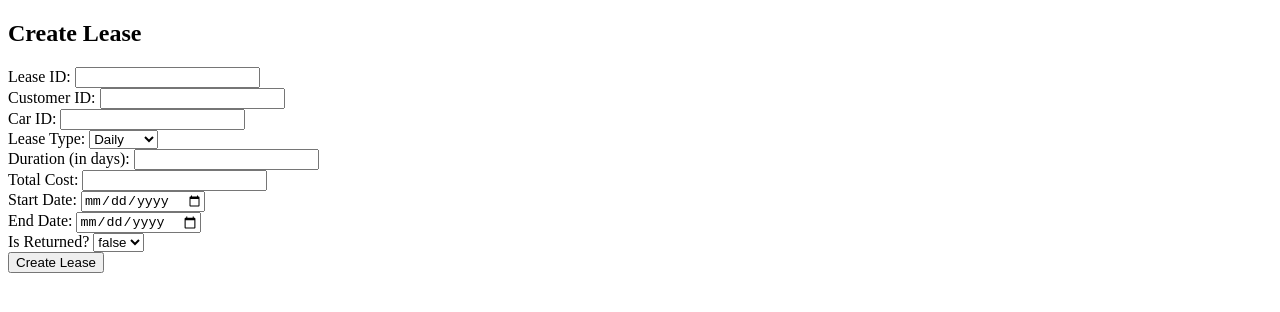
Repository: NirmalyaSatapathy/NirmalyaSatapathyProjects
Page: CarRental/CarRental/src/main/webapp/createLease.html
An editor plug-in stored every save of this project. The page is shown before and after the next save, followed by the edit.
The browser window is 1280 px wide. The pictures show the whole page.

Above is the page before, as saved 2025-05-04 17:22:06.

### CarRental/CarRental/src/main/webapp/createLease.html
<!DOCTYPE html>
<html>
<head>
<meta charset="UTF-8">
<title>Insert title here</title>
</head>
<body>
	<h2>Create Lease</h2>
    <form action="CreateLease" method="post">
     <label for="leaseId">Lease ID:</label>
        <input type="number" id="leaseId" name="leaseId" required><br>
        <label for="customerId">Customer ID:</label>
        <input type="number" id="customerId" name="customerId" required><br>

        <label for="carId">Car ID:</label>
        <input type="number" id="carId" name="carId" required><br>

        <label for="type">Lease Type:</label>
        <select id="type" name="type" required><br>
            <option value="daily">Daily</option>
            <option value="monthly">Monthly</option>
        </select><br>

        <label for="duration">Duration (in days):</label>
        <input type="number" id="duration" name="duration" required><br>

        <label for="cost">Total Cost:</label>
        <input type="number" step="0.01" id="cost" name="cost" required><br>

        <label for="startDate">Start Date:</label>
        <input type="date" id="startDate" name="startDate" required><br>

        <label for="endDate">End Date:</label>
        <input type="date" id="endDate" name="endDate" required><br>

        <label for="isReturned">Is Returned?</label>
        <select id="isReturned" name="isReturned" required>
            <option value="false">false</option>
            <option value="true">true</option>
        </select><br>

        <button type="submit">Create Lease</button>
    </form>
</body>
</html>

After the next save:
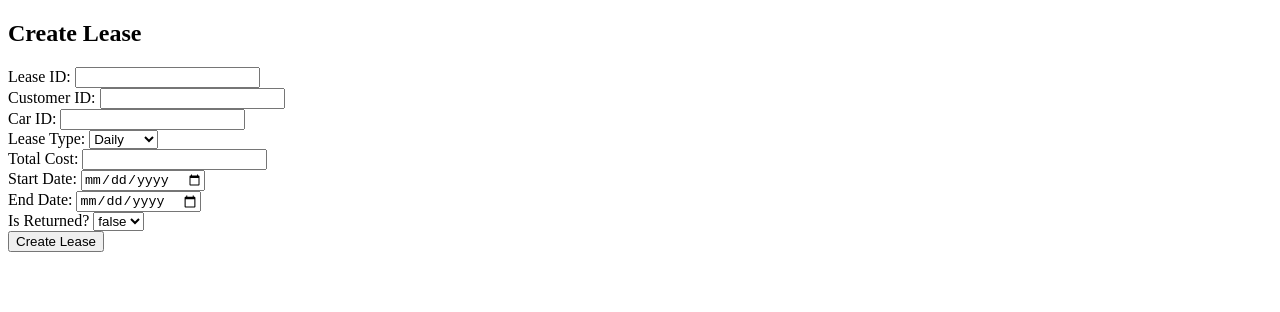
Saved 29 s later.
--- a/CarRental/CarRental/src/main/webapp/createLease.html
+++ b/CarRental/CarRental/src/main/webapp/createLease.html
@@ -20,10 +20,6 @@
             <option value="daily">Daily</option>
             <option value="monthly">Monthly</option>
         </select><br>
-
-        <label for="duration">Duration (in days):</label>
-        <input type="number" id="duration" name="duration" required><br>
-
         <label for="cost">Total Cost:</label>
         <input type="number" step="0.01" id="cost" name="cost" required><br>
 
